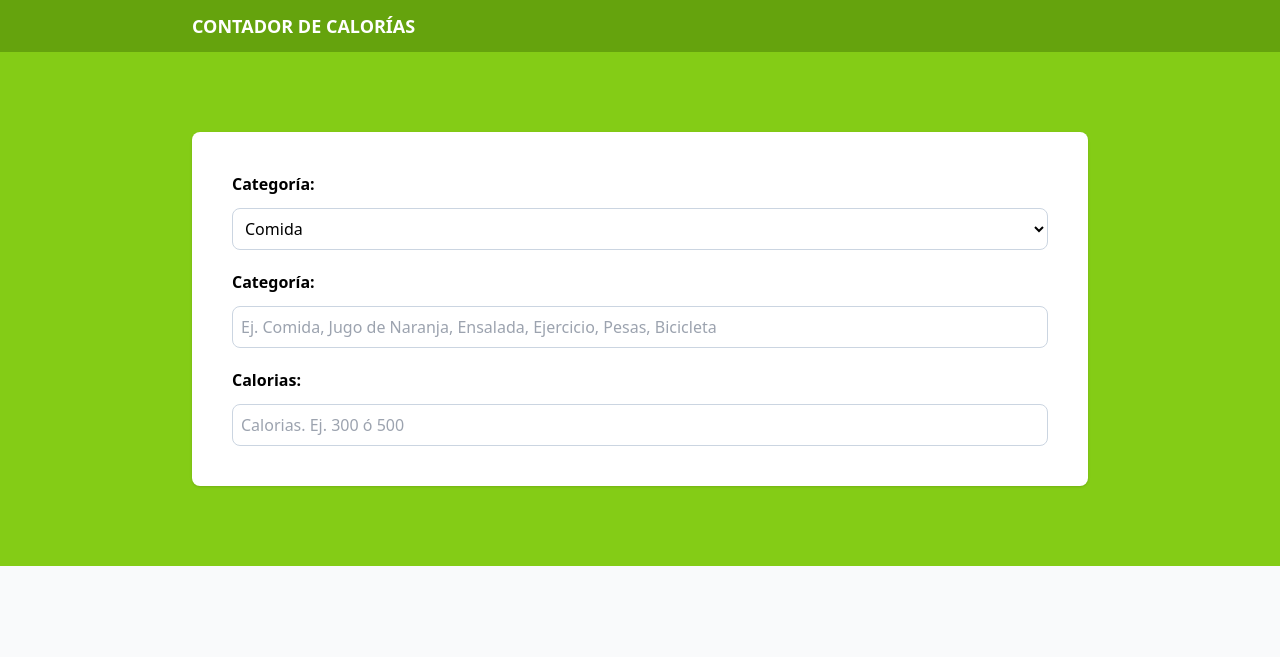
Repository: Samuel-Leal96/contador-calorias-react
Page: /
These files come from the project's save history. The page is drawn as it stood at one moment and after the next save; the edit follows.
The browser window is 1280 px wide. The pictures show the whole page.
The project was rebuilt for these pictures with package versions that can differ from the ones it lists, and the page was loaded fresh each time. Also part of the build but not shown: vite.config.ts.

Above is the page before, as saved 2025-10-25 16:00:33.

After the next save:
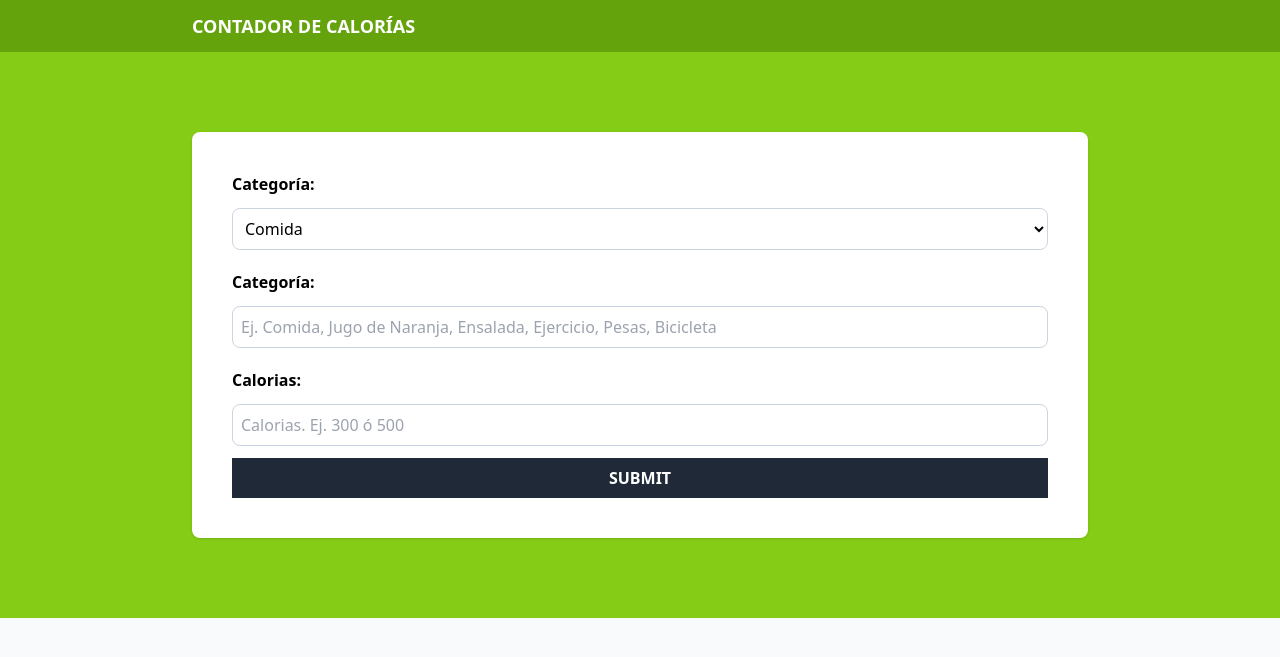
Saved 2 min 26 s later.
--- a/src/components/Form.tsx
+++ b/src/components/Form.tsx
@@ -51,6 +51,14 @@ export default function
           >
           </input>
 
+
+          <input
+            type="submit"
+            className="bg-gray-800 hover:bg-gray-900 w-full p-2 font-bold uppercase text-white cursor-pointer"
+
+          >
+          </input>
+
         </div>
 
 
